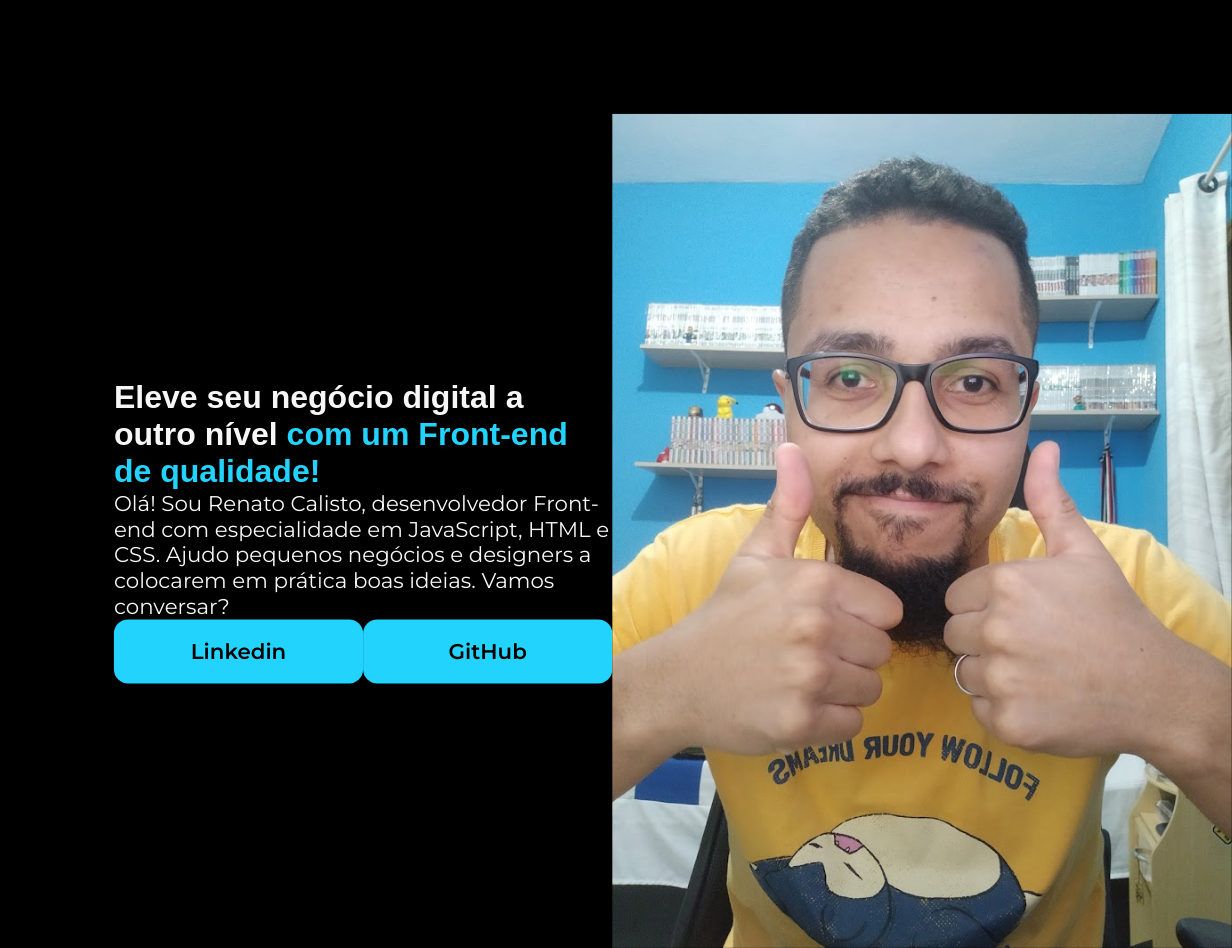
Repository: RenatoCCS/Portfolio_Alura
Page: index.html
An editor plug-in stored every save of this project. The page is shown before and after the next save, followed by the edit.
The browser window is 1280 px wide. The page is 1384 px wide, then 1280 px, then 1384 px, so the pictures cover 1384 px, including what lies to the right of the window. The pictures show the whole page, at 89% of full size.
Some web fonts or font styles are not loaded; a fallback is used.

Above is the page before, as saved 2023-02-27 14:57:04.

### index.html
<!DOCTYPE html>
<html lang="pt-br">
  <head>
    <meta charset="UTF-8" />
    <meta http-equiv="X-UA-Compatible" content="IE=edge" />
    <meta name="viewport" content="width=device-width, initial-scale=1.0" />
    <title>Portfolio</title>
    <link rel="stylesheet" href="style.css" />
  </head>
  <body>
    <header></header>
    <main class="apresentacao">
      <section class="apresentacao__conteudo">
        <h1 class="apresentacao__conteudo__titulo">
          Eleve seu negócio digital a outro nível
          <strong class="titulo-destaque">
            com um Front-end de qualidade!
          </strong>
        </h1>
        <p class="apresentacao__conteudo__texto">
          Olá! Sou Renato Calisto, desenvolvedor Front-end com especialidade em
          JavaScript, HTML e CSS. Ajudo pequenos negócios e designers a
          colocarem em prática boas ideias. Vamos conversar?
        </p>
        <div class="apresentacao__links">
          <a
            class="aprentacao__links__link"
            href="https://www.linkedin.com/in/renatocalisto/"
            >Linkedin</a
          >
          <a class="aprentacao__links__link" href="https://github.com/RenatoCCS"
            >GitHub</a
          >
        </div>
      </section>
      <img
        src="renato.jpg"
        alt="Renato fazendo sinal de positivo com ambas as mãos"
      />
    </main>
    <footer></footer>
  </body>
</html>

### style.css
@import url('https://fonts.googleapis.com/css2?family=Krona+One&family=Montserrat:wght@400;600&display=swap');

* {
  margin: 0;
  padding: 0;
}

body {
  height: 100vh;
  box-sizing: border-box;
  background-color: #000000;
  color: #f6f6f6;
}

.titulo-destaque {
  color: #22d4fd;
}

.apresentacao {
  margin: 10%;
  display: flex;
  align-items: center;
  justify-content: space-between;
}

.apresentacao__conteudo {
  width: 615px;
}

.apresentacao__conteudo__titulo {
  font-size: 36px;
  font-family: 'Krona One', sans-serif;
}

.apresentacao__conteudo__texto {
  font-size: 24px;
  font-family: 'Montserrat', sans-serif;
}

.apresentacao__links {
  display: flex;
  justify-content: space-between;
}

.aprentacao__links__link {
  background-color: #22d4fd;
  width: 280px;
  text-align: center;
  border-radius: 16px;
  font-size: 24px;
  font-weight: 600;
  padding: 21.5px 0;
  text-decoration: none;
  color: #000000;
  font-family: 'Montserrat', sans-serif;
}

After the next save:
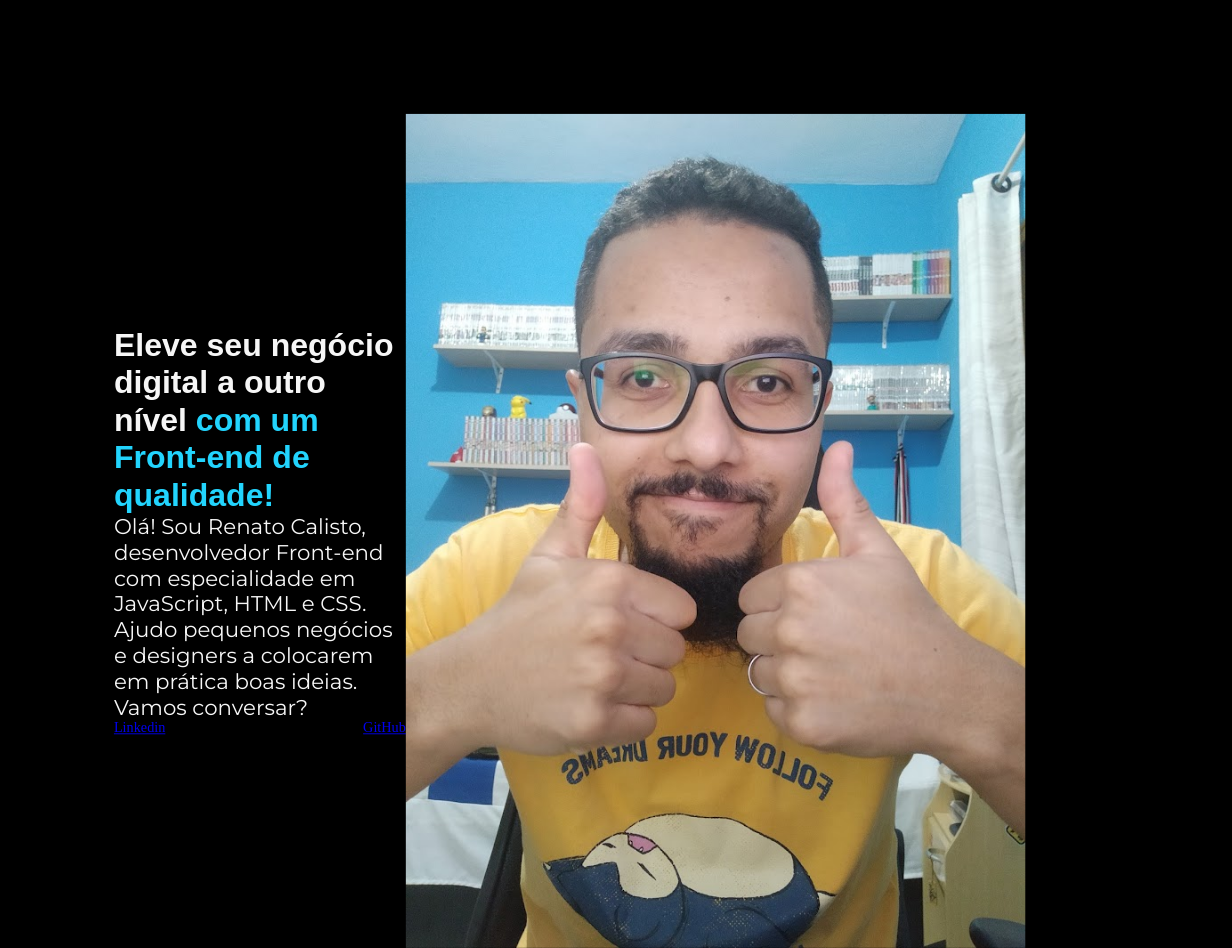
Saved 35 min 22 s later.
--- a/index.html
+++ b/index.html
@@ -24,16 +24,19 @@
         </p>
         <div class="apresentacao__links">
           <a
-            class="aprentacao__links__link"
+            class="apresentacao__links__link"
             href="https://www.linkedin.com/in/renatocalisto/"
             >Linkedin</a
           >
-          <a class="aprentacao__links__link" href="https://github.com/RenatoCCS"
+          <a
+            class="apresentacao__links__link"
+            href="https://github.com/RenatoCCS"
             >GitHub</a
           >
         </div>
       </section>
       <img
+        class="apre"
         src="renato.jpg"
         alt="Renato fazendo sinal de positivo com ambas as mãos"
       />

After the save that followed:
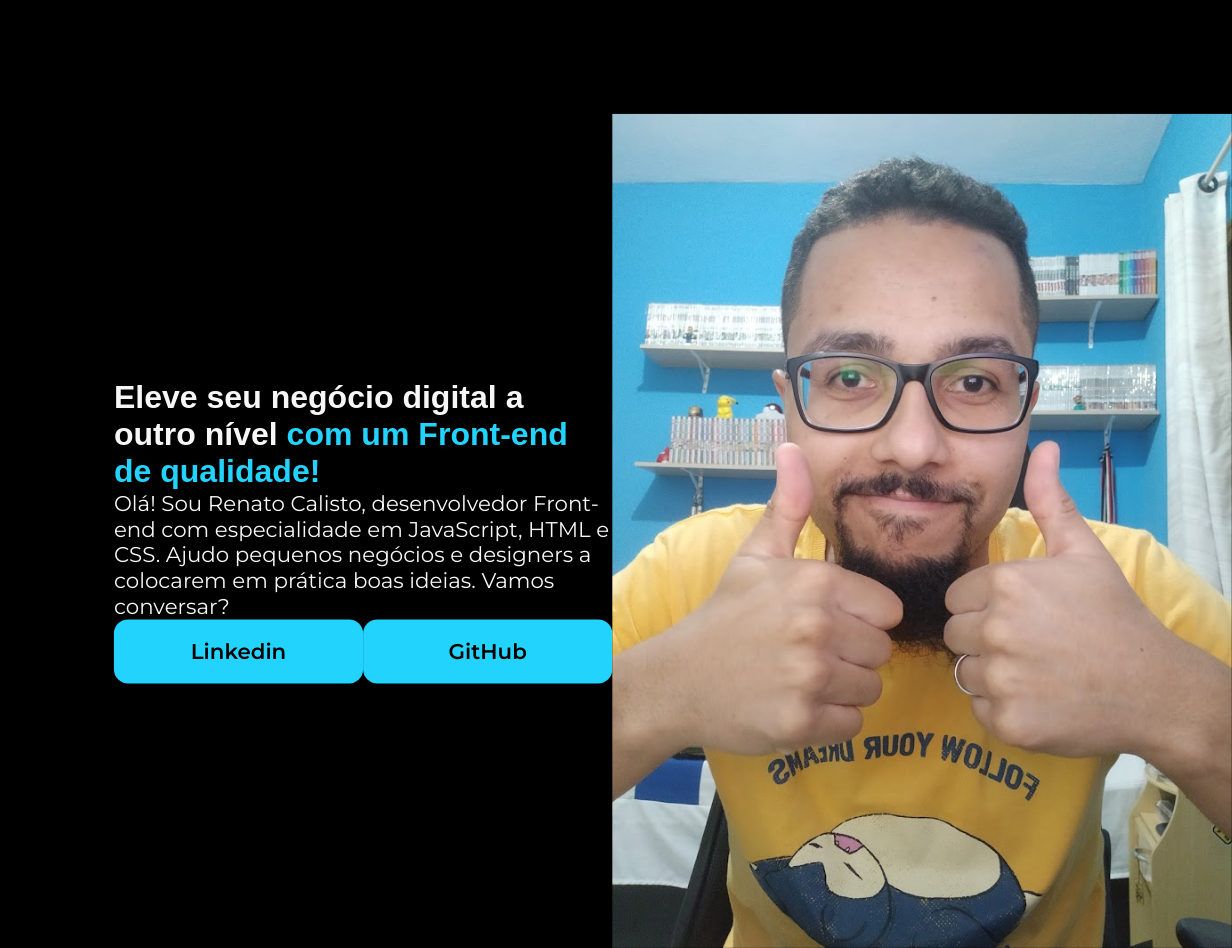
Saved 15 s later.
--- a/style.css
+++ b/style.css
@@ -42,7 +42,7 @@ body {
   justify-content: space-between;
 }
 
-.aprentacao__links__link {
+.apresentacao__links__link {
   background-color: #22d4fd;
   width: 280px;
   text-align: center;
